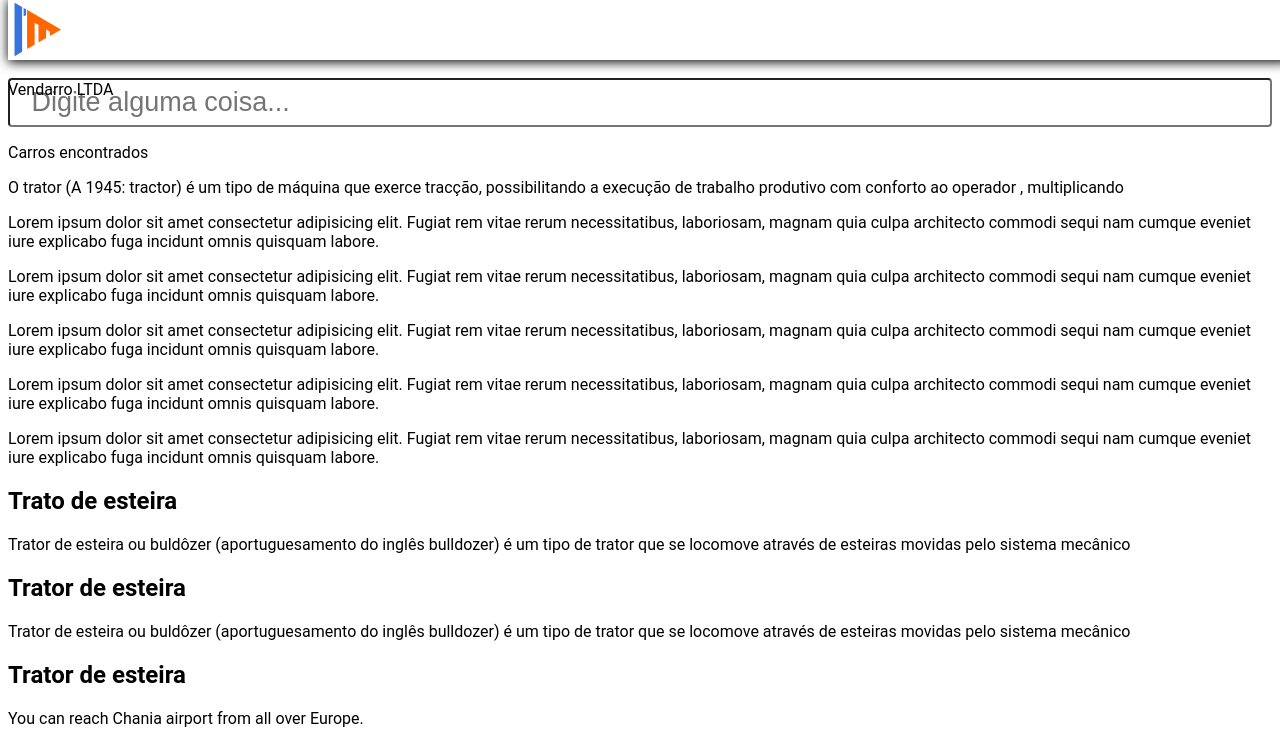
Repository: ecrseer/pesquisa-carros-html
Page: index.html
The author's editor kept a copy of each file at every save. The page is drawn from the files as they stood at one save, then again after a run of saves.
The browser window is 1280 px wide. The pictures show the whole page.

Above is the page before, as saved 2022-01-21 16:57:50.

After the next 3 saves:
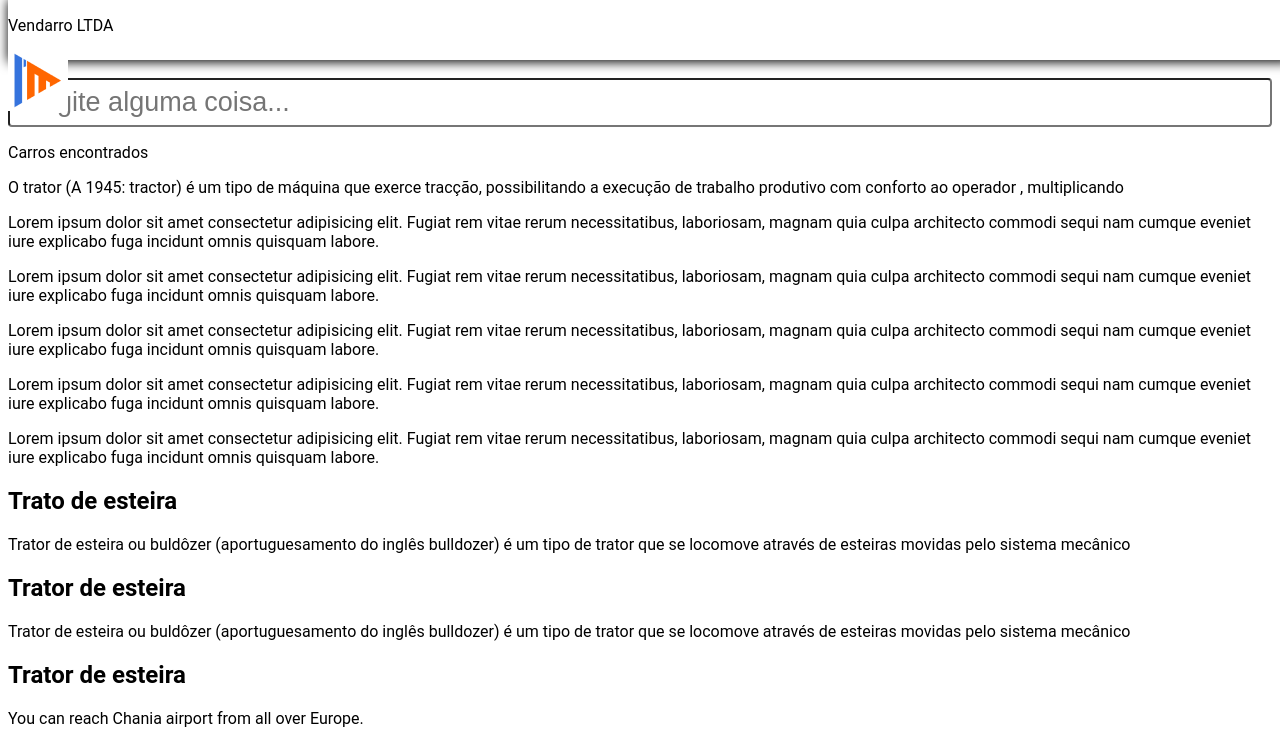
The 3 saves are shown as one change because they came seconds apart.
The last was saved 31 s later.
--- a/index.html
+++ b/index.html
@@ -17,9 +17,9 @@
     <nav class="header">
       <div>
 
+        <p>Vendarro LTDA</p>
       </div>
       <img src="./imgs/logo.png" alt="">
-      <p>Vendarro LTDA</p>
 
       </nav>
       <div class="">
